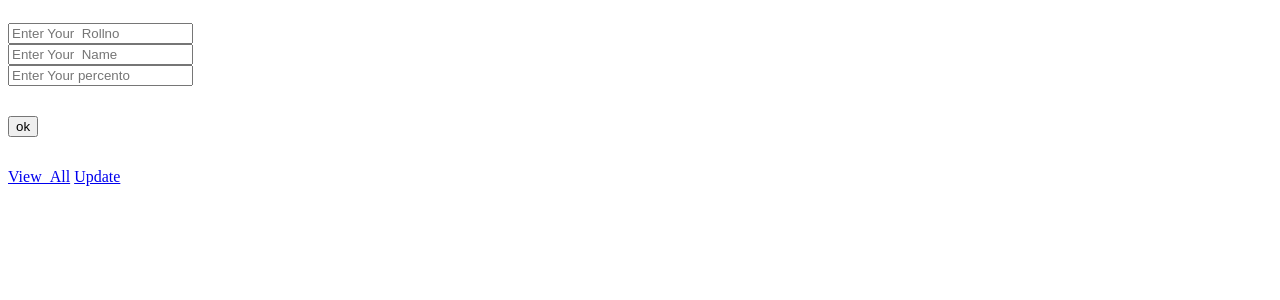
Repository: yogesh8rajput/web_hibernate
Page: http://localhost/Testing/
An editor plug-in stored every save of this project. The page is shown before and after the next save, followed by the edit.
The browser window is 1280 px wide. The pictures show the whole page.
The page is served by Tomcat 10. Other server files are loaded and not shown.

Above is the page before, as saved 2024-11-12 08:02:09.

### Testing/src/main/webapp/index.jsp
<html>
<body>
<form action="Serv" method="get">
<pre>

<input type="text" name="id" placeholder="Enter Your  Rollno">
<input type="text" name="name" placeholder="Enter Your  Name">
<input type="text" name="percent" placeholder="Enter Your percento">


<input type="submit" value="ok">

</pre>
</form>
<a href="show_all.jsp">View_All</a>
<a href="Update.jsp">Update</a>
</body>
</html>

After the next save:
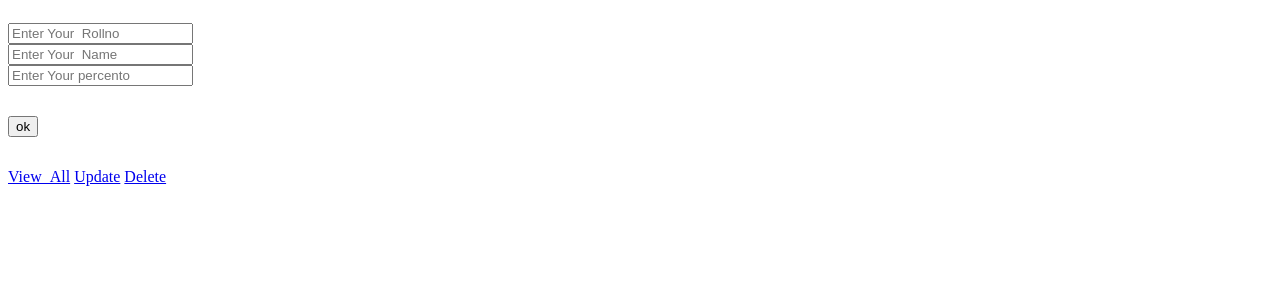
Saved 38 s later.
--- a/Testing/src/main/webapp/index.jsp
+++ b/Testing/src/main/webapp/index.jsp
@@ -14,5 +14,6 @@
 </form>
 <a href="show_all.jsp">View_All</a>
 <a href="Update.jsp">Update</a>
+<a href="delete.jsp">Delete</a>
 </body>
 </html>
